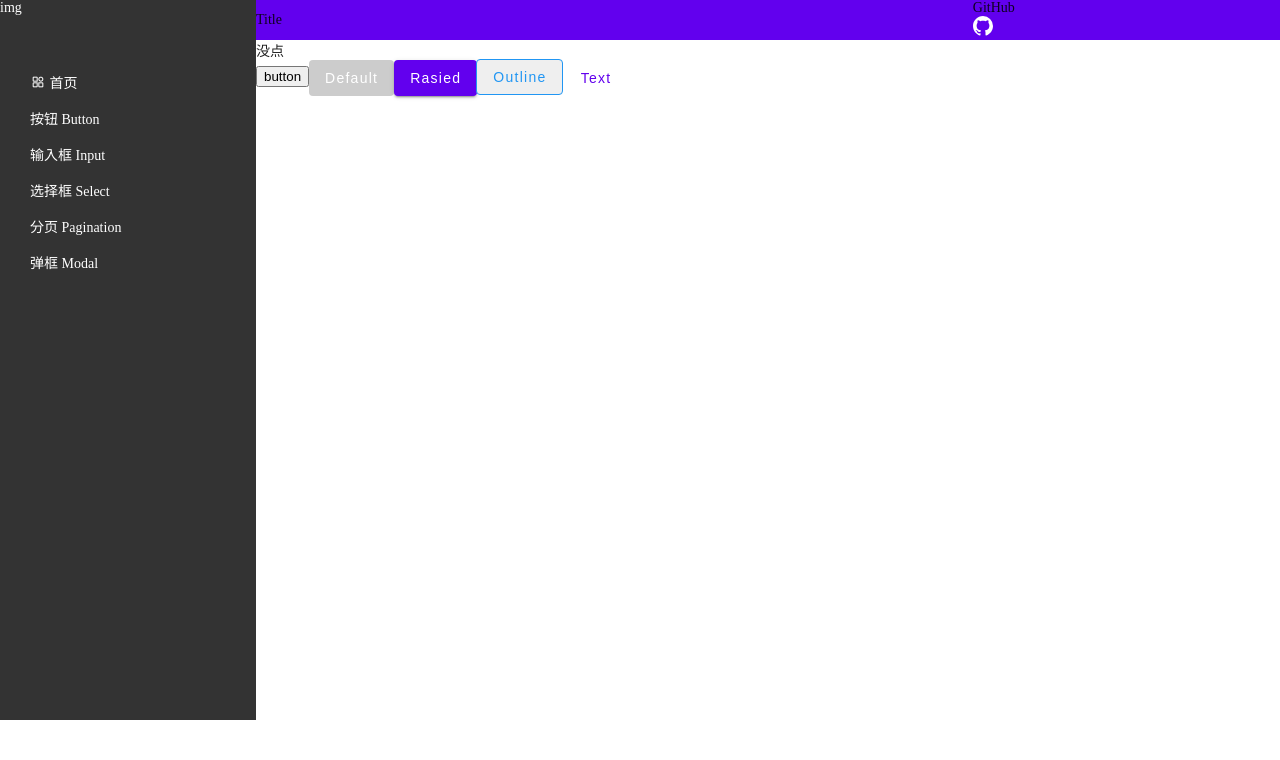
Repository: wyhsunflower/koalaUI
Page: /
These files come from the project's save history. The page is drawn as it stood at one moment and after the next save; the edit follows.
The browser window is 1280 px wide. The pictures show the whole page.
The project was rebuilt for these pictures with package versions that can differ from the ones it lists, and the page was loaded fresh each time. Also part of the build but not shown: webpack.config.js, src/components/Modal/Modal.vue. Imported but missing from the stored project, and not drawn on this page: src/views/go/go2.vue.

Above is the page before, as saved 2020-03-15 21:34:50.

After the next save:
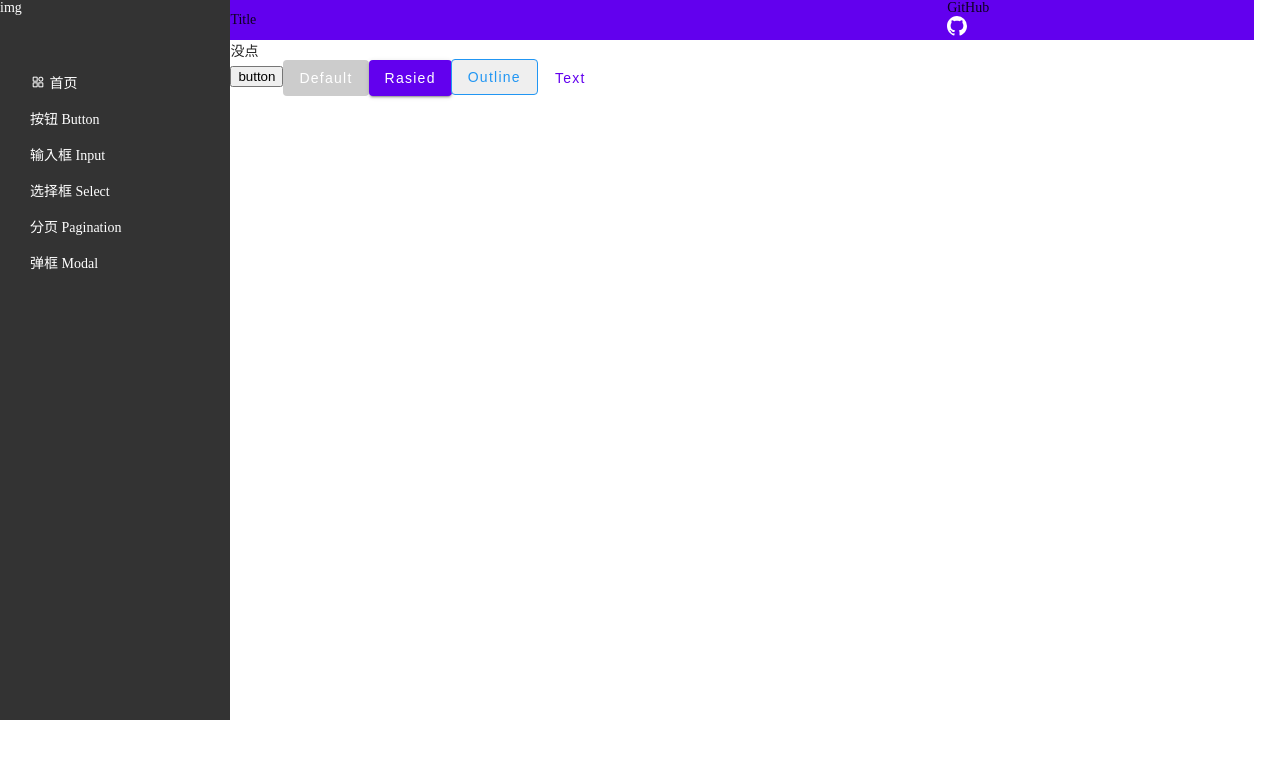
Saved 26 s later.
--- a/src/SideBar.vue
+++ b/src/SideBar.vue
@@ -52,7 +52,7 @@
 <style lang="scss" scoped>
     .side {
         max-width: 300px;
-        width: 20%;
+        width: 18%;
         background: rgba(0,0,0,.8);
         height: 100%;
         color: #fff;
